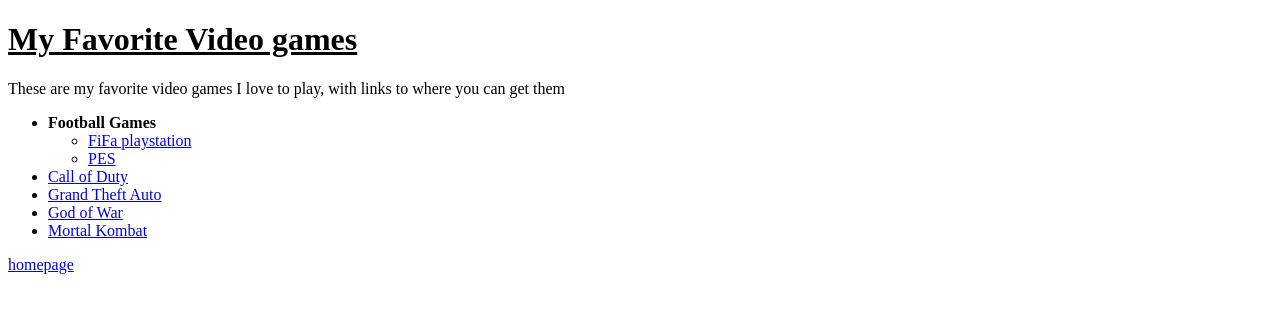
Repository: MikkyPrestige/html-website
Page: pages/games.html
The author's editor kept a copy of each file at every save. The page is drawn from the files as they stood at one save, then again after the next save.
The browser window is 1280 px wide. The pictures show the whole page.

Above is the page before, as saved 2023-04-15 16:51:24.

### pages/games.html
<!DOCTYPE html>
<html lang="en">

<head>
  <meta charset="UTF-8">
  <meta http-equiv="X-UA-Compatible" content="IE=edge">
  <meta name="viewport" content="width=device-width, initial-scale=1.0">
  <title>Video games</title>
</head>

<body>
  <h1><u>My Favorite Video games</u></h1>
  <p>These are my favorite video games I love to play, with links to where you can get them</p>
  <ul>
    <li>
      <strong>Football Games</strong>
      <ul>
        <li>
          <a href="https://www.playstation.com/en-us/games/ea-sports-fifa-23/" target="_blank">FiFa playstation</a>
        </li>
        <li>
          <a href="https://www.konami.com/efootball/en/" target="_blank">PES</a>
        </li>
      </ul>
    </li>
    <li>
      <a href="https://www.callofduty.com/" target="_blank">Call of Duty</a>
    </li>
    <li>
      <a href="https://www.rockstargames.com/gta-v" target="_blank">Grand Theft Auto</a>
    </li>
    <li>
      <a href="https://www.playstation.com/en-us/games/god-of-war/" target="_blank">God of War</a>
    </li>
    <li>
      <a href="https://store.playstation.com/en-us/product/UP1018-PPSA01617_00-MK11ULTIMATEKOLL" target="_blank">Mortal
        Kombat</a>
    </li>
  </ul>

  <a href="/index.html">homepage</a>
</body>

</html>

After the next save:
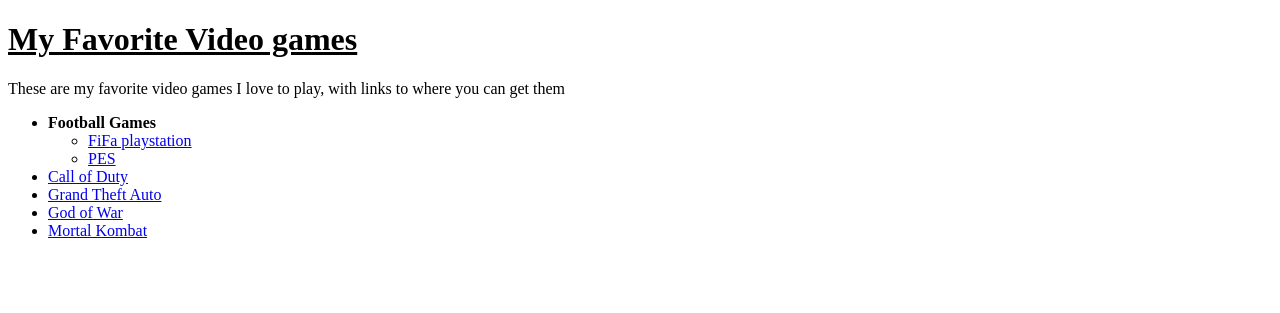
Saved 3 s later.
--- a/pages/games.html
+++ b/pages/games.html
@@ -38,7 +38,7 @@
     </li>
   </ul>
 
-  <a href="/index.html">homepage</a>
+  <!-- <a href="/index.html">homepage</a> -->
 </body>
 
 </html>
